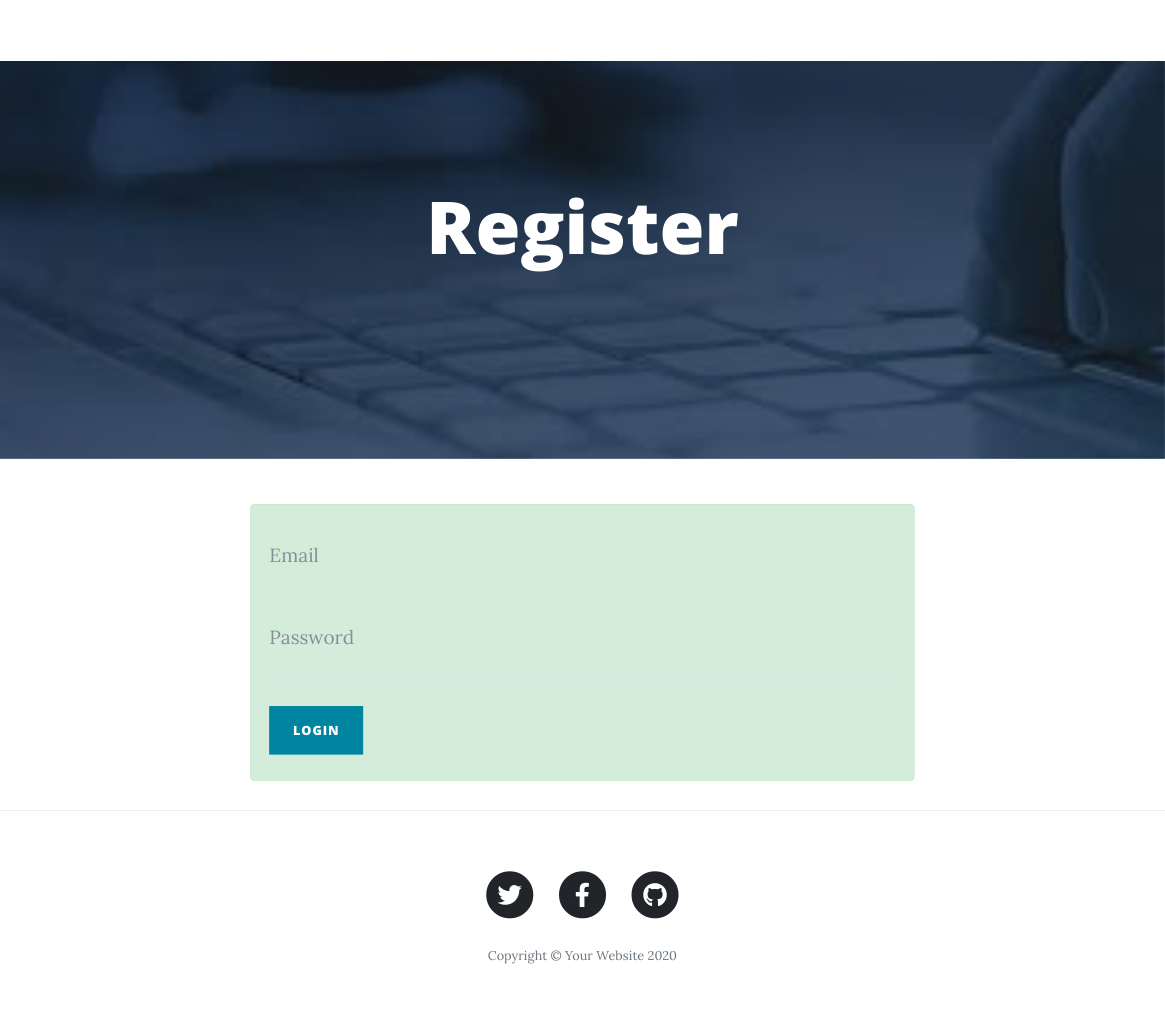
Repository: elvinyeka/elvin-blog
Page: http://localhost/login
The author's editor kept a copy of each file at every save. The page is drawn from the files as they stood at one save, then again after a run of saves.
The browser window is 1280 px wide. The pictures show the whole page, at 91% of full size.
The page is served by the project's application, run on Flask 3 (CLEANBLOG/__init__.py).

Above is the page before, as saved 2020-10-21 12:01:25.

After the next 2 saves:
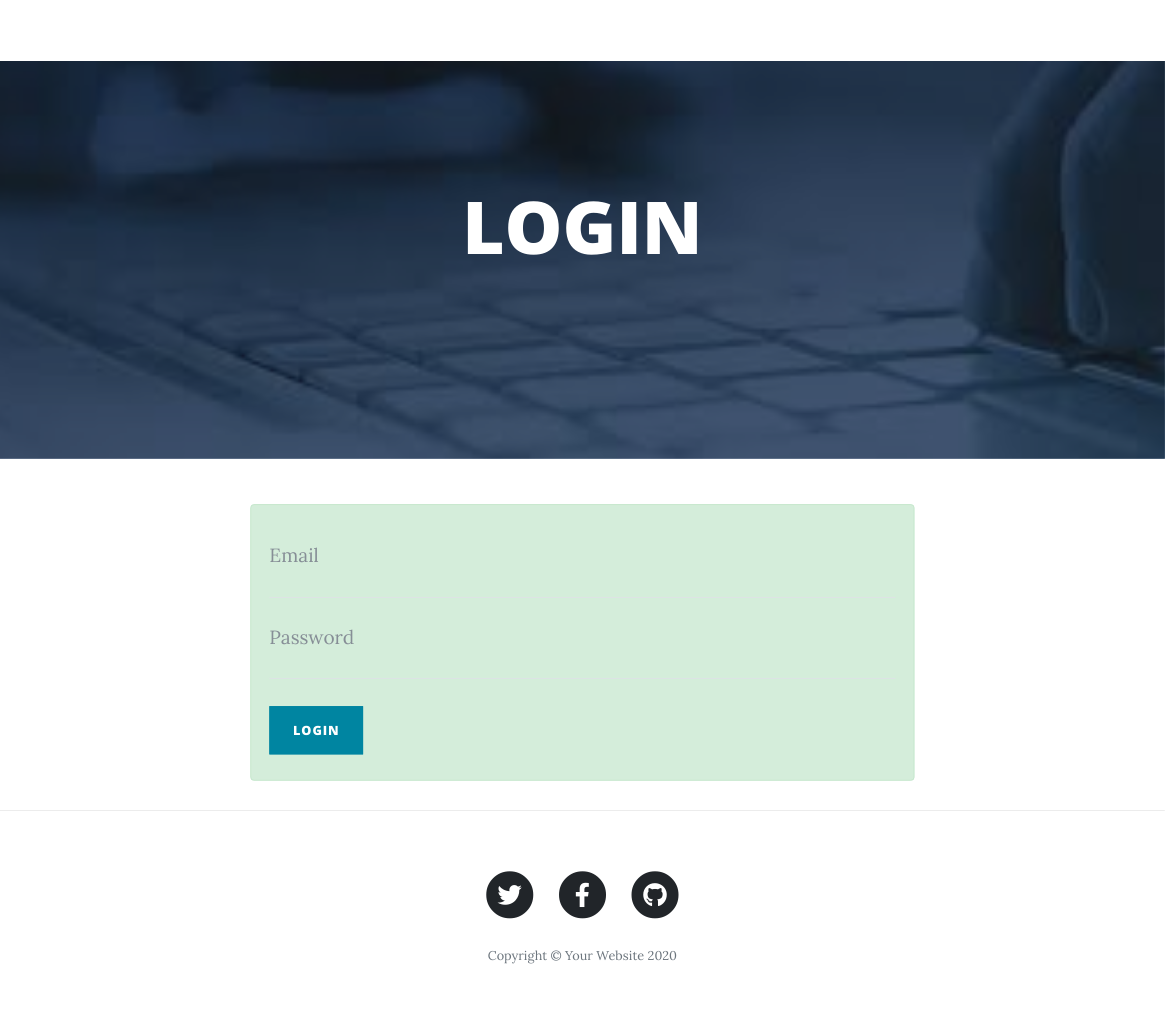
The 2 saves are shown as one change because they came seconds apart.
The last was saved 3 h 33 min later.
--- a/CLEANBLOG/templates/login.html
+++ b/CLEANBLOG/templates/login.html
@@ -7,7 +7,7 @@
         <div class="row">
             <div class="col-lg-8 col-md-10 mx-auto">
                 <div class="page-heading">
-                    <h1>Register</h1>
+                    <h1>{{title}}</h1>
                 </div>
             </div>
         </div>
